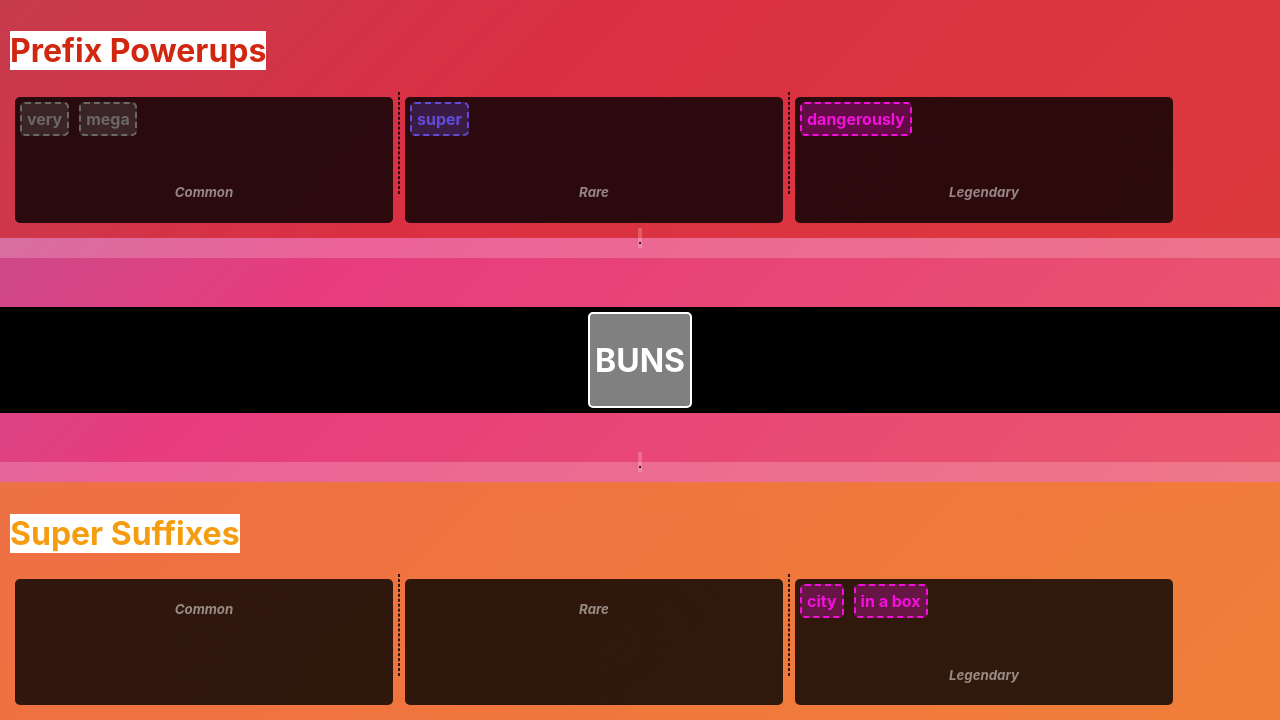
Repository: bsalgado98/buns-inator
Page: /
An editor plug-in stored every save of this project. The page is shown before and after the next save, followed by the edit.
The browser window is 1280 px wide. The pictures show the whole page.
The project was rebuilt for these pictures with package versions that can differ from the ones it lists, and the page was loaded fresh each time.

Above is the page before, as saved 2022-04-25 23:44:46.

After the next save:
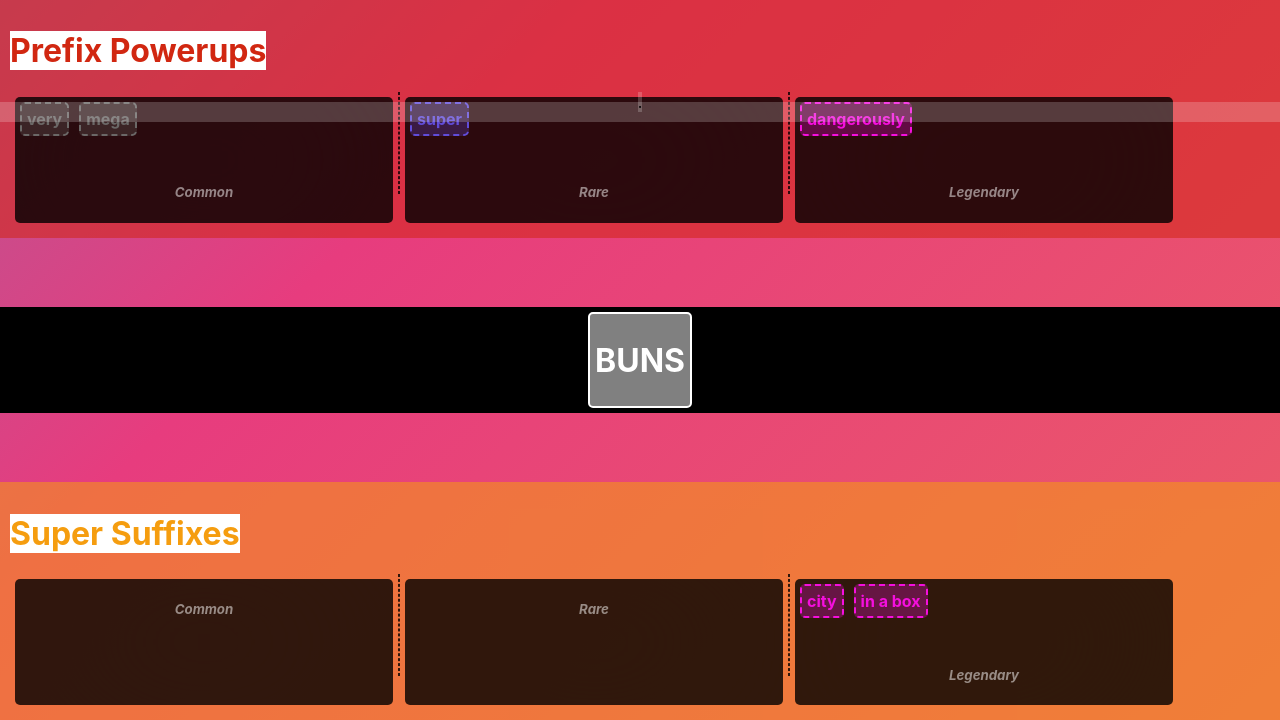
Saved 9 s later.
--- a/src/App.css
+++ b/src/App.css
@@ -34,6 +34,8 @@
 .divider {
     width: 100vw;
     background: rgba(255, 255, 255, 0.2);
+    position: relative;
+    top: -50%;
 }
 
 .divider::after {

After the save that followed:
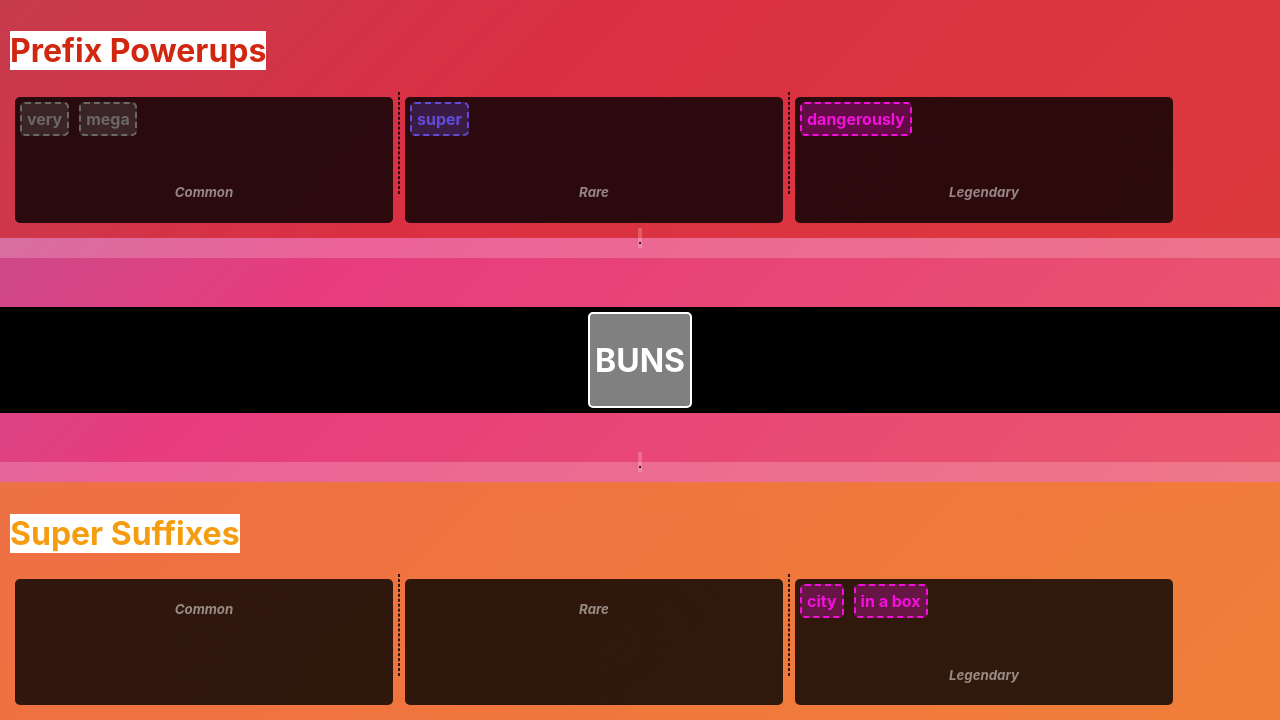
Saved 9 s later.
--- a/src/App.css
+++ b/src/App.css
@@ -35,7 +35,7 @@
     width: 100vw;
     background: rgba(255, 255, 255, 0.2);
     position: relative;
-    top: -50%;
+    top: -50;
 }
 
 .divider::after {
